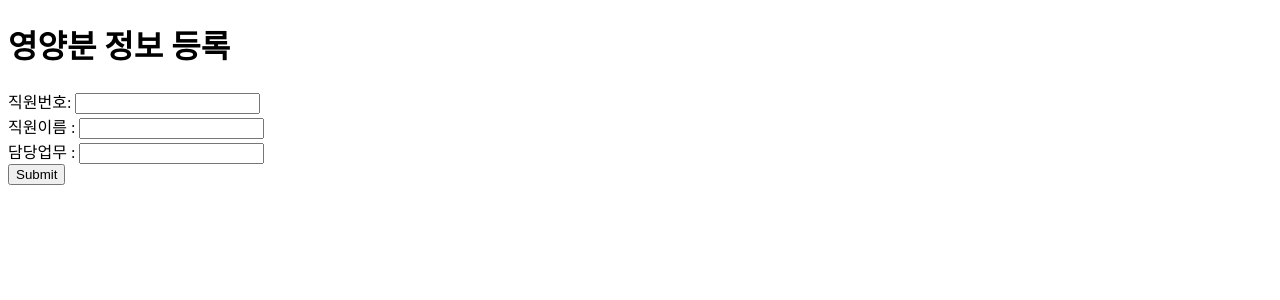
Repository: Awseok/InterDBTermProject
Page: FoodManager/WebContent/Employee_modify.html
These files come from the project's save history. The page is drawn as it stood at one moment and after the next save; the edit follows.
The browser window is 1280 px wide. The pictures show the whole page.

Above is the page before, as saved 2020-06-29 04:16:51.

### FoodManager/WebContent/Employee_modify.html
<!DOCTYPE html>
<html>
<head>
<meta charset="UTF-8">
<title>영양분 정보 등록</title>
</head>
<body>
<h1> 영양분 정보 등록 </h1>

<form action="http://localhost:8080/FoodManager/EmployeeController">
직원번호: <input type="number" name="eno"> <br />
직원이름 : <input type="text" name="name"> <br />
담당업무 : <input type="text" name="task"> <br />
<input type="submit">
</form>
</body>
</html>

After the next save:
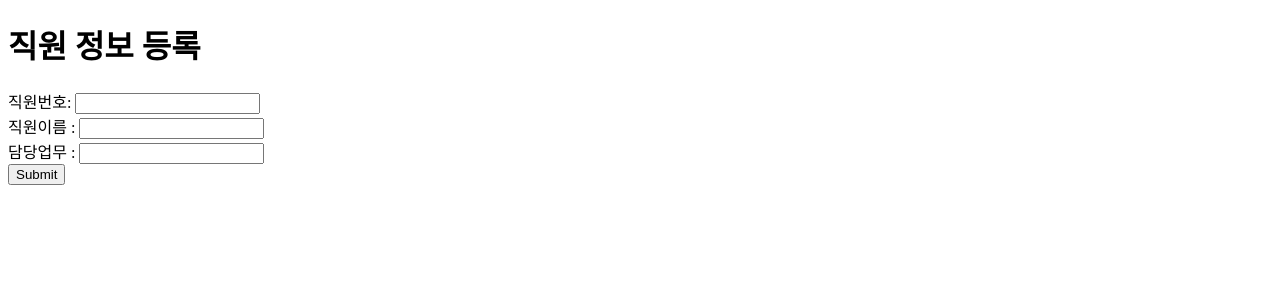
Saved 19 min 6 s later.
--- a/FoodManager/WebContent/Employee_modify.html
+++ b/FoodManager/WebContent/Employee_modify.html
@@ -2,10 +2,10 @@
 <html>
 <head>
 <meta charset="UTF-8">
-<title>영양분 정보 등록</title>
+<title>직원 정보 등록</title>
 </head>
 <body>
-<h1> 영양분 정보 등록 </h1>
+<h1> 직원 정보 등록 </h1>
 
 <form action="http://localhost:8080/FoodManager/EmployeeController">
 직원번호: <input type="number" name="eno"> <br />
